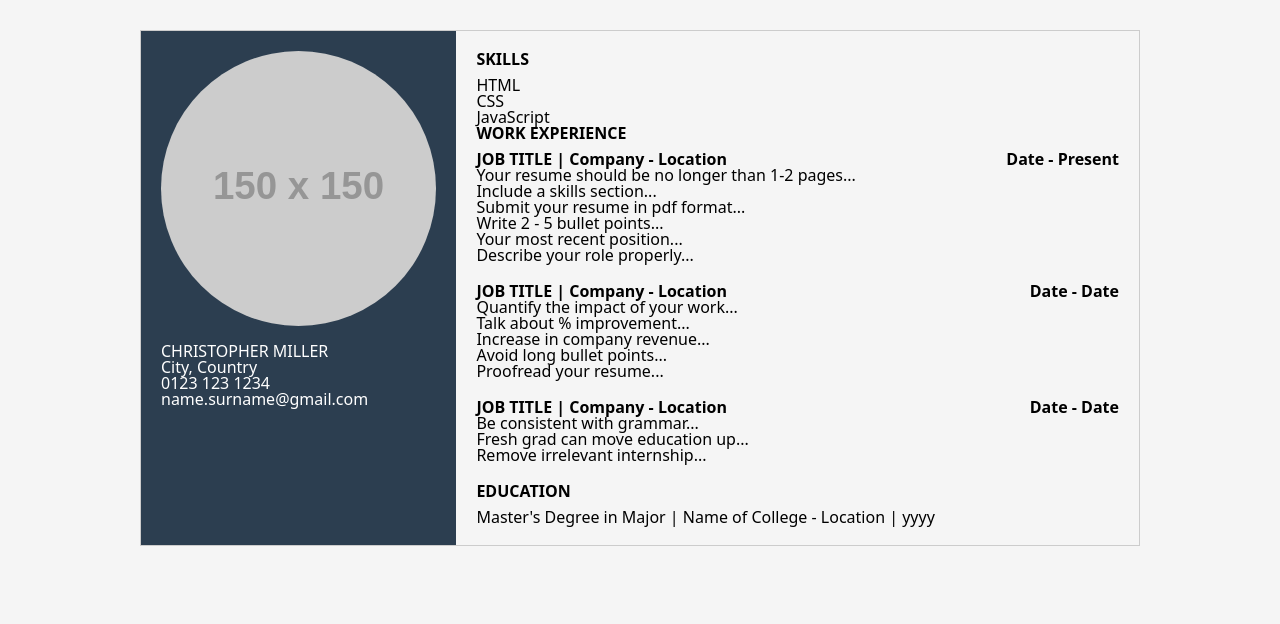
Repository: doanhieu0707/Homework-Day-5
Page: cv-flex.html
These files come from the project's save history. The page is drawn as it stood at one moment and after a run of saves; the edit follows.
The browser window is 1280 px wide. The pictures show the whole page.

Above is the page before, as saved 2026-04-22 14:42:59.

### cv-flex.html
<!doctype html>
<html lang="en">
<head>
    <meta charset="UTF-8" />
    <meta name="viewport" content="width=device-width, initial-scale=1.0" />
    <link rel="stylesheet" href="./css/reset.css" />
    <link rel="stylesheet" href="./css/style.css" />
    <title>CV Flex</title>
</head>
<body>
    <div class="cv">
        <div class="container">

            <!-- SIDEBAR -->
            <div class="sidebar">
                <img src="https://via.placeholder.com/150" alt="avatar" />
                <h1>CHRISTOPHER MILLER</h1>
                <p>City, Country</p>
                <p>0123 123 1234</p>
                <p>name.surname@gmail.com</p>

            </div>

            <!-- MAIN CONTENT -->
            <div class="infor">
                <h2>SKILLS</h2>
                <ul>
                    <li class="detail">HTML</li>
                    <li class="detail">CSS</li>
                    <li class="detail">JavaScript</li>
                </ul>

                <div class="work">
                    <h2 class="heading-2">WORK EXPERIENCE</h2>
                </div>

                <div class="part">
                    <div class="title">
                        <span>JOB TITLE | Company - Location</span>
                        <span>Date - Present</span>
                    </div>
                    <ul>
                        <li>Your resume should be no longer than 1-2 pages...</li>
                        <li>Include a skills section...</li>
                        <li>Submit your resume in pdf format...</li>
                        <li>Write 2 - 5 bullet points...</li>
                        <li>Your most recent position...</li>
                        <li>Describe your role properly...</li>
                    </ul>
                </div>

                <div class="part">
                    <div class="title">
                        <span>JOB TITLE | Company - Location</span>
                        <span>Date - Date</span>
                    </div>
                    <ul>
                        <li>Quantify the impact of your work...</li>
                        <li>Talk about % improvement...</li>
                        <li>Increase in company revenue...</li>
                        <li>Avoid long bullet points...</li>
                        <li>Proofread your resume...</li>
                    </ul>
                </div>

                <div class="part">
                    <div class="title">
                        <span>JOB TITLE | Company - Location</span>
                        <span>Date - Date</span>
                    </div>
                    <ul>
                        <li>Be consistent with grammar...</li>
                        <li>Fresh grad can move education up...</li>
                        <li>Remove irrelevant internship...</li>
                    </ul>
                </div>

                <div class="footer">
                    <h2>EDUCATION</h2>
                    <p>
                        <span>Master's Degree in Major</span> |
                        Name of College - Location | yyyy
                    </p>
                </div>
            </div>

        </div>
    </div>
</body>
</html>

### css/style.css
* {
    box-sizing: border-box;
}

body {
    background-color: gray;
    font-family:
        system-ui,
        -apple-system,
        BlinkMacSystemFont,
        "Segoe UI",
        Roboto,
        Oxygen,
        Ubuntu,
        Cantarell,
        "Fira Sans",
        "Droid Sans",
        "Helvetica Neue",
        sans-serif;
}

/* MAIN CV */
.cv {
    max-width: 1000px;
    margin: 20px auto;
    border: 1px solid #ccc;
}

/* FLEX LAYOUT */
.container {
    display: flex;
}

/* SIDEBAR */
.sidebar {
    flex: 3;
    background: #2c3e50;
    color: white;
    padding: 20px;
}

.sidebar img {
    width: 100%;
    border-radius: 50%;
    margin-bottom: 15px;
}

.sidebar h2 {
    margin-bottom: 10px;
}

.sidebar ul {
    padding-left: 20px;
}

/* MAIN CONTENT */
.infor {
    flex: 7;
    padding: 20px;
}

h2 {
    margin-bottom: 10px;
    font-weight: 700;
}

 {
    font-size: 24px;
    margin-bottom: 5px;
}

/* SECTION */
.heading-2 {
    margin-bottom: 10px;
}

/* JOB TITLE */
.title {
    display: flex;
    justify-content: space-between;
    font-weight: bold;
}

/* SPACING */
.part {
    margin-bottom: 20px;
}

/* FOOTER */
.footer {
    margin-top: 20px;
}

/* ===== Menu ===== */
.menu {
    display: flex;
    align-items: center;
    justify-content: center;
    padding: 0 45px;
    font-size: 0;
    background-color: #3e5cca;
}

.menu li {
    display: inline-block;
    position: relative;
}

.menu li::before {
    content: "";
    position: absolute;
    left: 0;
    top: 0;
    width: 1px;
    height: 100%;
    background-color: #2d4db7;
}

.menu li:first-child::before {
    display: none;
}

.menu li a {
    display: inline-block;
    color: white;
    font-size: 16px;
    padding: 21px;
    text-decoration: none;
}

.menu li a::before {
    content: "\25B6";
    margin-right: 6px;
    font-size: 10px;
}

.menu li:hover > a {
  background-color: #2d4db7;
  color: #fff;
}


.menu li a:focus,
.menu li a:target {
    background-color: blueviolet;
    color: red;
}

/* ===== Form ===== */
.form {
    max-width: 400px;
    padding: 25px;
    margin: 10px auto;
    border-radius: 20px;
    background-color: #fff;
}

.form-heading {
    margin-bottom: 32px;
    text-align: center;
    font-size: 24px;
    font-weight: bold;
    color: red;
}

.form-label {
    display: block;
    margin: 12px 0 4px;
    font-weight: 600;
    font-size: 12px;
}

/* .form-label::after {
    content: " *";
    color: red;
} */

.form-input {
    width: 100%;
    padding: 6px 8px;
    border: 1px solid gray;
    border-radius: 5px;
    outline: none;
}

.form-input:focus {
    border-color: blueviolet;
}

/* .form-input:invalid {
    border-color: red;
} */

.form-input:not(:placeholder-shown):invalid {
  border-color: red;
}

.form-label--required::after {
  content: " *";
  color: red;
}

.form:focus-within {
  box-shadow: 0 0 0 3px rgba(138, 43, 226, 0.2);
}

.avatar {
    width: 100px;
    height: 100px;
    cursor: pointer;
    border-radius: 50%;
}

.form-options label {
    display: block;
}

.form-footer {
    display: flex;
    margin-top: 28px;
    justify-content: space-between;
}

.btn {
    display: inline-block;
    padding: 6px 16px;
    border-radius: 5px;
    min-width: 100px;
    text-align: center;
    border: none;
    background: rgb(87, 142, 230);
    color: white;
    cursor: pointer;
}

.btn:hover {
    background: #3e5cca;
}

.btn:active {
    transform: scale(0.95);
}

/* =====  */
body {
    background: #f5f5f5;
    padding: 10px;
}

.pricing {
    display: flex;
    justify-content: center;
    gap: 30px;
}

.pricing-item {
    width: 260px;
    padding: 30px 20px;
    border-radius: 20px;
    background: linear-gradient(135deg,#3f2bff,#5f5bff);
    color: white;
    text-align: center;
    transition: 0.3s;
}

.pricing-item:hover {
    transform: translateY(-10px);
    box-shadow: 0 15px 30px rgba(0,0,0,0.2);
}

.pricing-item:nth-child(2) {
    transform: scale(1.05);
    box-shadow: 0 15px 30px rgba(0,0,0,0.3);
}

.pricing-title {
    font-size: 18px;
    margin-bottom: 10px;
}

.pricing-price {
    font-size: 32px;
    font-weight: bold;
    margin-bottom: 20px;
}

.pricing-list {
    list-style: none;
    text-align: left;
    margin-bottom: 20px;
}

.pricing-list li {
    margin: 10px 0;
    padding-left: 20px;
    position: relative;
}

.pricing-list li::before {
    content: "✓";
    position: absolute;
    left: 0;
    color: #fff;
}

.btn {
    padding: 10px 20px;
    border-radius: 8px;
    border: none;
    background: #fff;
    color: #333;
    cursor: pointer;
}

.btn:hover {
    background: #eee;
}

/* ===== Blog ===== */
.blog{
    max-width:800px;
    margin:0 auto;
    background:white;
    padding:30px;
    border-radius:10px;
}

.blog h1{
    font-size:28px;
    margin-bottom:20px;
    font-weight: 600;
}

.blog h2,
.blog h3{
    margin:20px 0 10px;
}

.blog :not(h1):is(h2, h3) {
  color: #3e5cca;
}

.blog img{
    width:100%;
    height:300px;
    object-fit:cover;
    border-radius:8px;
    margin:20px 0;
}

.blog p{
    margin-bottom:16px;
}

.blog > p:first-of-type::first-letter{
    font-size:50px;
    font-weight:bold;
    float:left;
    margin-right:8px;
    line-height:1;
    color:#3e5cca;
}

.blog p::first-line{
    font-weight:bold;
}

::selection{
    background:#3e5cca;
    color:white;
}

blockquote{
    margin:20px 0;
    padding:10px 20px;
    border-left:4px solid #3e5cca;
    font-style:italic;
    position:relative;
    background:#f9f9f9;
}

blockquote::before{
    content:"“";
    font-size:40px;
    position:absolute;
    left:5px;
    top:-10px;
    color:#3e5cca;
}

.comments{
    margin-top:40px;
}

.comment{
    padding:15px;
    margin:10px 0;
    border-radius:8px;
    transition:0.3s;
}

.comment:nth-of-type(odd){
    background:#f9f9f9;
}

.comment:nth-of-type(even){
    background:#ececec;
}

.comment:hover{
    background:#e3e9ff;
    transform:translateX(5px);
}

.comment-author{
    font-weight:bold;
    margin-bottom:5px;
}

Loaded but not shown: css/reset.css (common file)

After the next 2 saves:
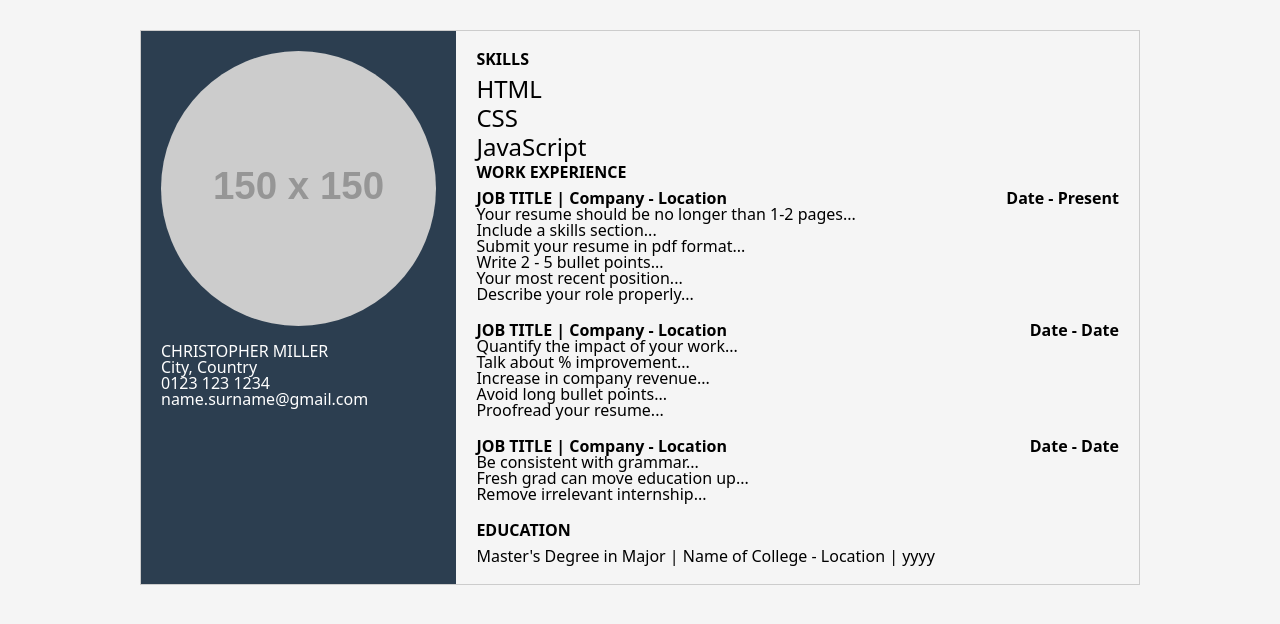
The 2 saves are shown as one change because they came seconds apart.
The last was saved 7 s later.
--- a/css/style.css
+++ b/css/style.css
@@ -64,7 +64,7 @@
     font-weight: 700;
 }
 
- {
+.detail {
     font-size: 24px;
     margin-bottom: 5px;
 }

After the 3 saves that followed:
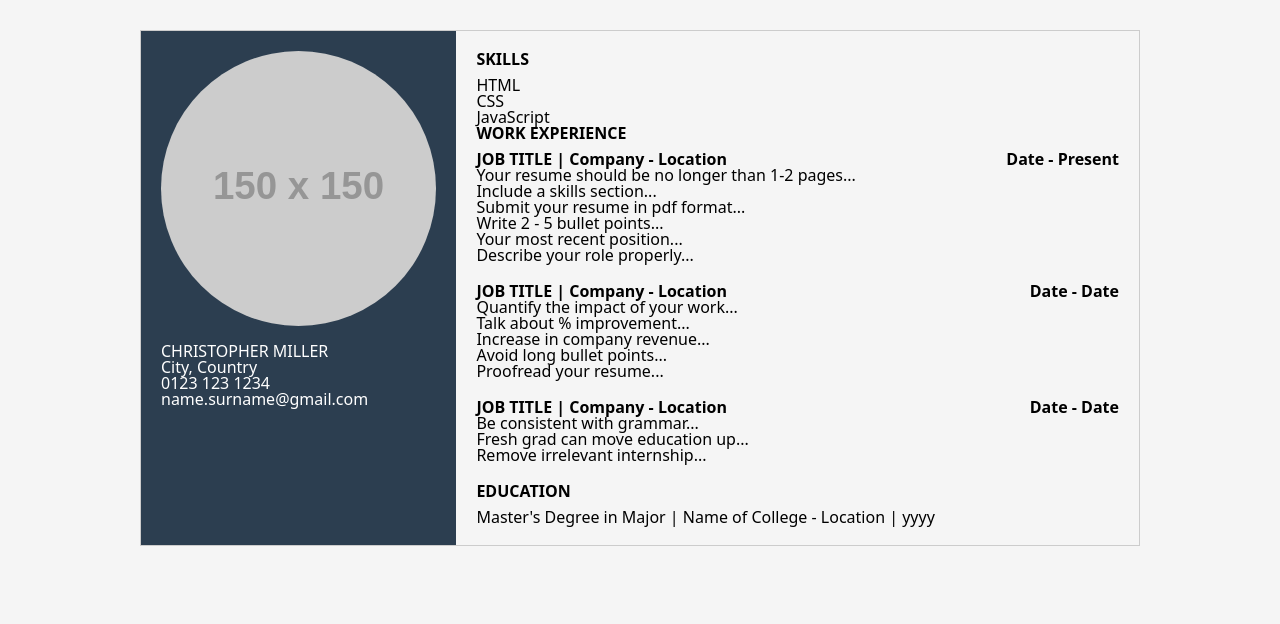
The 3 saves are shown as one change because they came seconds apart.
The last was saved 16 s later.
--- a/css/style.css
+++ b/css/style.css
@@ -64,7 +64,7 @@
     font-weight: 700;
 }
 
-.detail {
+.heading-1 {
     font-size: 24px;
     margin-bottom: 5px;
 }
